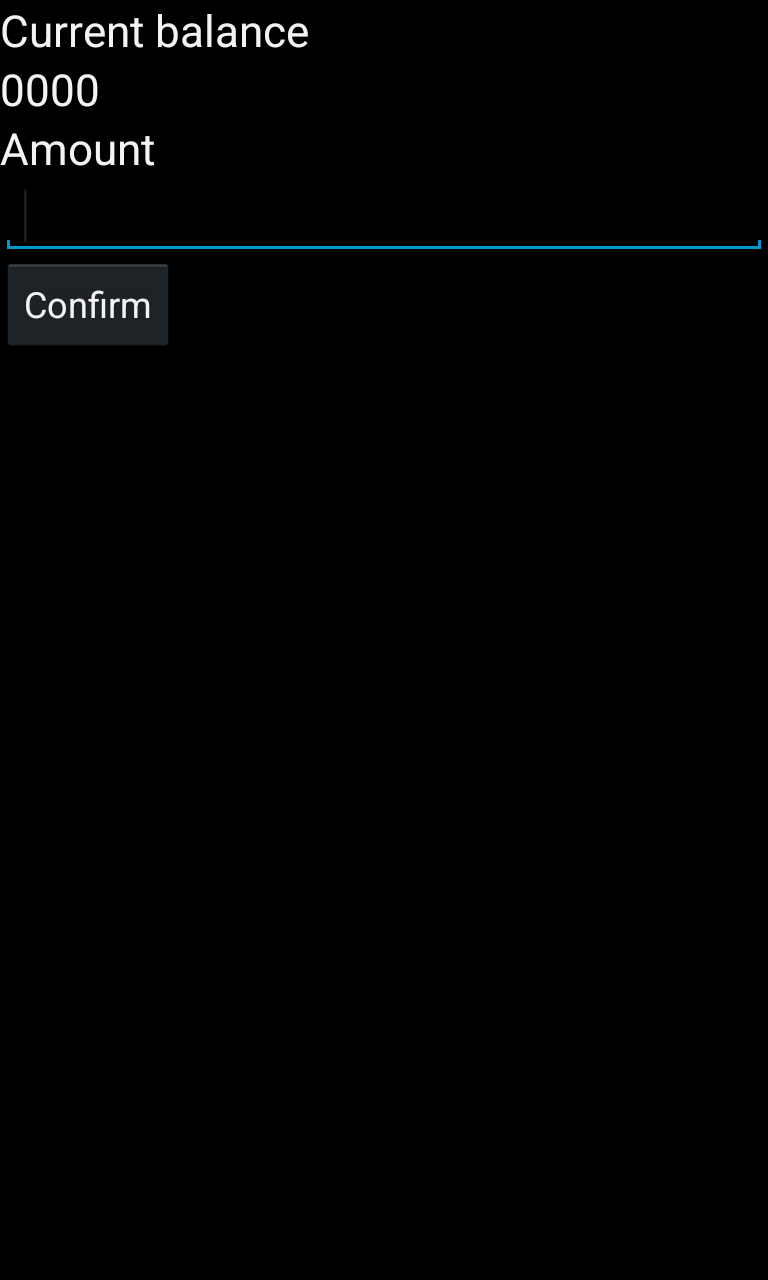
Repository: rrafols/EcoHack
Layout: EcoWalletAndroid/res/layout/payment_layout.xml
An editor plug-in stored every save of this project. The layout is shown before and after the next save, followed by the edit.
It is drawn on a 768 x 1280 px phone screen (xhdpi) without system bars, with theme android:Theme.Holo; the app's code is not run.

Above is the layout before, as saved 2014-02-23 05:04:59.

### EcoWalletAndroid/res/layout/payment_layout.xml
<?xml version="1.0" encoding="utf-8"?>
<FrameLayout xmlns:android="http://schemas.android.com/apk/res/android"
    android:layout_width="match_parent"
    android:layout_height="match_parent" >

    <LinearLayout
        android:id="@+id/LayoutPaymentActivity"
        android:layout_width="match_parent"
        android:layout_height="match_parent"
        android:orientation="vertical" >

        <TextView
            android:id="@+id/textView1"
            android:layout_width="wrap_content"
            android:layout_height="wrap_content"
            android:text="Current balance"
            android:textAppearance="?android:attr/textAppearanceLarge" />

        <TextView
            android:id="@+id/textViewCurrentBalance"
            android:layout_width="wrap_content"
            android:layout_height="wrap_content"
            android:text="0000"
            android:textAppearance="?android:attr/textAppearanceLarge" />

        <TextView
            android:id="@+id/textView2"
            android:layout_width="wrap_content"
            android:layout_height="wrap_content"
            android:text="Amount"
            android:textAppearance="?android:attr/textAppearanceLarge" />

        <EditText
            android:id="@+id/amount2pay"
            android:layout_width="match_parent"
            android:layout_height="wrap_content"
            android:ems="10"
            android:inputType="number" >

            <requestFocus />
        </EditText>

        <Button
            android:id="@+id/confirmaPago"
            android:layout_width="wrap_content"
            android:layout_height="wrap_content"
            android:text="Confirm" />
    </LinearLayout>

    <TextView
        android:id="@+id/FondoQr"
        android:layout_width="match_parent"
        android:layout_height="match_parent"
        android:background="@android:color/white"
        android:visibility="gone"
        android:text="" />

</FrameLayout>

Loaded but not shown: EcoWalletAndroid/res/values/dimens.xml (common file)

After the next save:
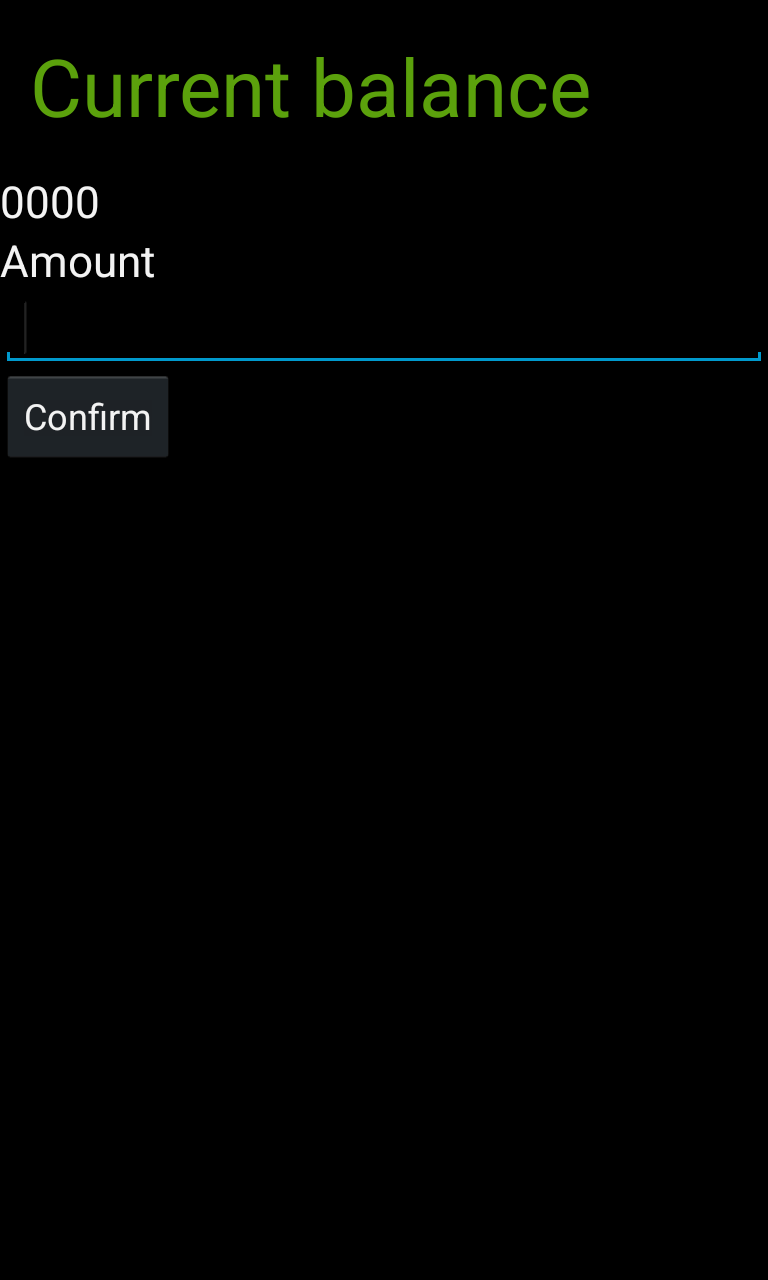
Saved 11 min 51 s later.
--- a/EcoWalletAndroid/res/layout/payment_layout.xml
+++ b/EcoWalletAndroid/res/layout/payment_layout.xml
@@ -10,11 +10,16 @@
         android:orientation="vertical" >
 
         <TextView
-            android:id="@+id/textView1"
-            android:layout_width="wrap_content"
-            android:layout_height="wrap_content"
-            android:text="Current balance"
-            android:textAppearance="?android:attr/textAppearanceLarge" />
+        android:id="@+id/textView1"
+        android:layout_width="wrap_content"
+        android:layout_height="wrap_content"
+        android:layout_marginLeft="15dp"
+        android:layout_marginTop="@dimen/activity_vertical_margin"
+        android:layout_marginBottom="16dp"
+        android:text="Current balance"
+        android:textAppearance="?android:attr/textAppearanceLarge"
+        android:textColor="#5BA10C"
+        android:textSize="40sp" />
 
         <TextView
             android:id="@+id/textViewCurrentBalance"
